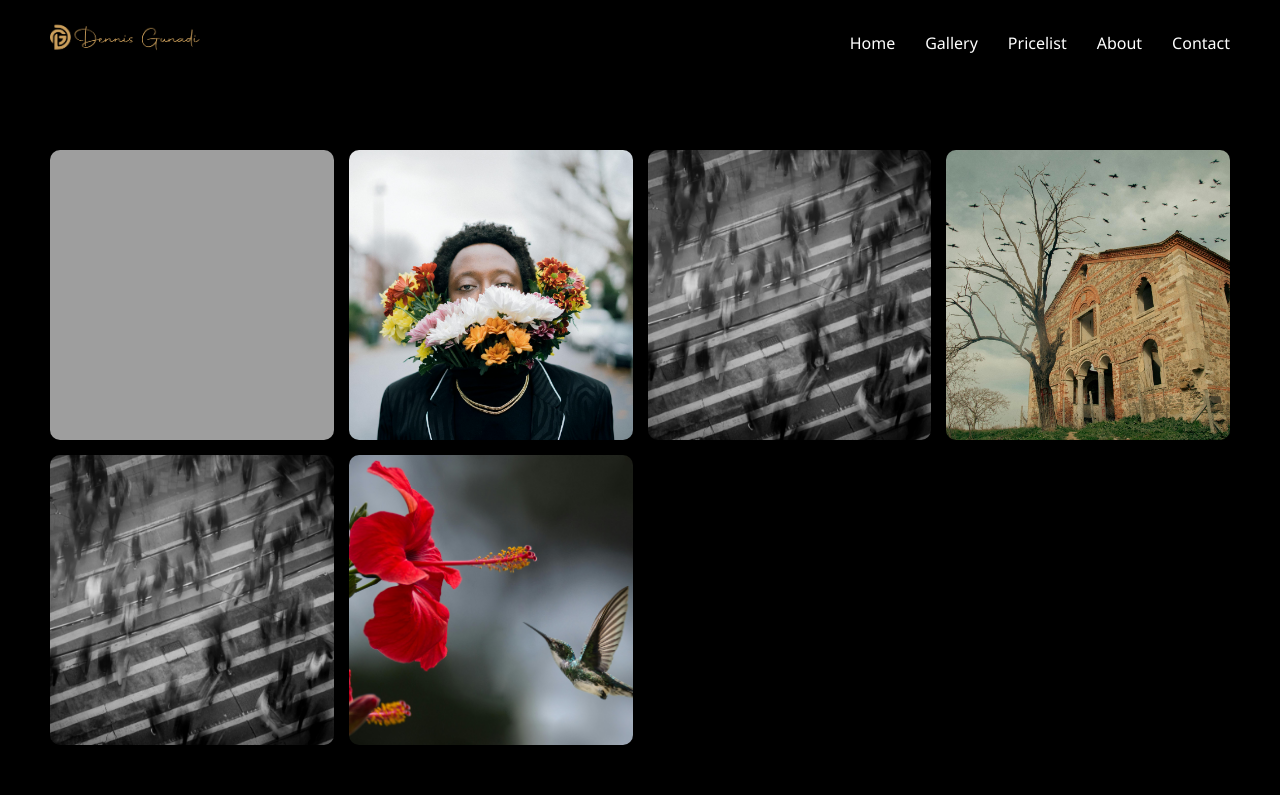
Repository: Diegoms0595/Diego-Final-project2
Page: gallery.html
These files come from the project's save history. The page is drawn as it stood at one moment and after the next save; the edit follows.
The browser window is 1280 px wide. The pictures show the whole page.
Pictures or frames that could not be fetched are drawn as grey boxes.

Above is the page before, as saved 2025-06-03 17:54:54.

### gallery.html
<!DOCTYPE html>
<html lang="en">

<head>
    <meta charset="UTF-8" />
    <meta name="viewport" content="width=device-width, initial-scale=1.0" />
    <title>DMSFP2</title>
    <link rel="stylesheet" href="gallery.css" />
</head>

<body>
    <header>
        <div class="logo">
            <a href="#">
                <img src="./Assets/Logo.png" alt="logohead">
            </a>
        </div>
        <nav>
            <ul class="nav-links">
                <li><a href="./index.html">Home</a></li>
                <li><a href="./gallery.html">Gallery</a></li>
                <li><a href="./pricelist.html">Pricelist</a></li>
                <li><a href="#">About</a></li>
                <li><a href="./Form.html">Contact</a></li>
            </ul>
        </nav>
    </header>
 <section class="gallery">
  <img src="./Assets/pexels-el-gringo-photo-116752370-29210886.jpg" alt="Foto 1">
  <img src="./Assets/pexels-ezekixl-6957184.jpg" alt="Foto 2">
  <img src="./Assets/pexels-mike-chai-285623-842339.jpg" alt="Foto 3">
  <img src="./Assets/pexels-merictuna-31146802.jpg" alt="Foto 4">
  <img src="./Assets/pexels-mike-chai-285623-842339.jpg" alt="Foto 5">
  <img src="./Assets/pexels-philippedonn-1133957.jpg" alt="Foto 6">
</section>









</body>

### gallery.css
 *{
  margin: 0;
  padding: 0;
  box-sizing: border-box;
}

body {
  font-family: 'Segoe UI', Tahoma, Geneva, Verdana, sans-serif;
  color: white;
  background-color: black;
}

/*  HEADER */
header {
  display: flex;
  justify-content: space-between;
  align-items: center;
  padding: 20px 50px;
  position: absolute;
  top: 0;
  width: 100%;
  z-index: 10;
}

.logo img {
  height: 40px;
}

/*  NAVIGATION */
.nav-links {
  list-style: none;
  display: flex;
  gap: 30px;
}

.nav-links li a {
  color: #fff;
  text-decoration: none;
  font-size: 16px;
  transition: color 0.3s ease;
}

.nav-links li a:hover {
  color: #f5c47c;
}


.hero {
  height: 100vh;
  background-image: url('./Assets/image\ 2.png');
  background-size: cover;
  background-position: center;
  display: flex;
  align-items: center;
  padding-left: 100px;
  position: relative;
}

.hero::before {
  content: '';
  position: absolute;
  top: 0;
  left: 0;
  width: 100%;
  height: 100%;
  background: rgba(0, 0, 0, 0.6);
  z-index: 1;
}

.hero-text {
  position: relative;
  z-index: 2;
  max-width: 600px;
  animation: fadeIn 2s ease-out forwards;
}

.hero-text h1 {
  font-size: 60px;
  color: #f5c47c;
  font-weight: bold;
  margin-bottom: 20px;
  line-height: 1.2;
  transition: transform 0.3s ease;
}

.hero-text h1:hover {
  transform: scale(1.05);
}

.hero-text p {
  font-size: 16px;
  line-height: 1.8;
  margin-bottom: 30px;
  color: #fff;
  animation: slideUp 2.5s ease forwards;
}


.book-now {
  display: inline-block;
  background-color: #f5c47c;
  color: black;
  padding: 12px 25px;
  border-radius: 8px;
  text-decoration: none;
  font-weight: bold;
  transition: background-color 0.3s ease, transform 0.3s ease;
}

.book-now:hover {
  background-color: #e2a14d;
  transform: scale(1.05);
}

@keyframes fadeIn {
  0% { opacity: 0; transform: translateY(-20px); }
  100% { opacity: 1; transform: translateY(0); }
}

@keyframes slideUp {
  0% { opacity: 0; transform: translateY(40px); }
  100% { opacity: 1; transform: translateY(0); }
}
.gallery {
  display: grid;
  grid-template-columns: repeat(auto-fit, minmax(250px, 1fr));
  gap: 15px;
  padding: 150px 50px 50px; /* ajusta según tu header */
}

.gallery img {
  width: 100%;
  height: 290px;
  object-fit: cover;
  border-radius: 10px;
  transition: transform 0.3s ease;
}

.gallery img:hover {
  transform: scale(1.03);
}

After the next save:
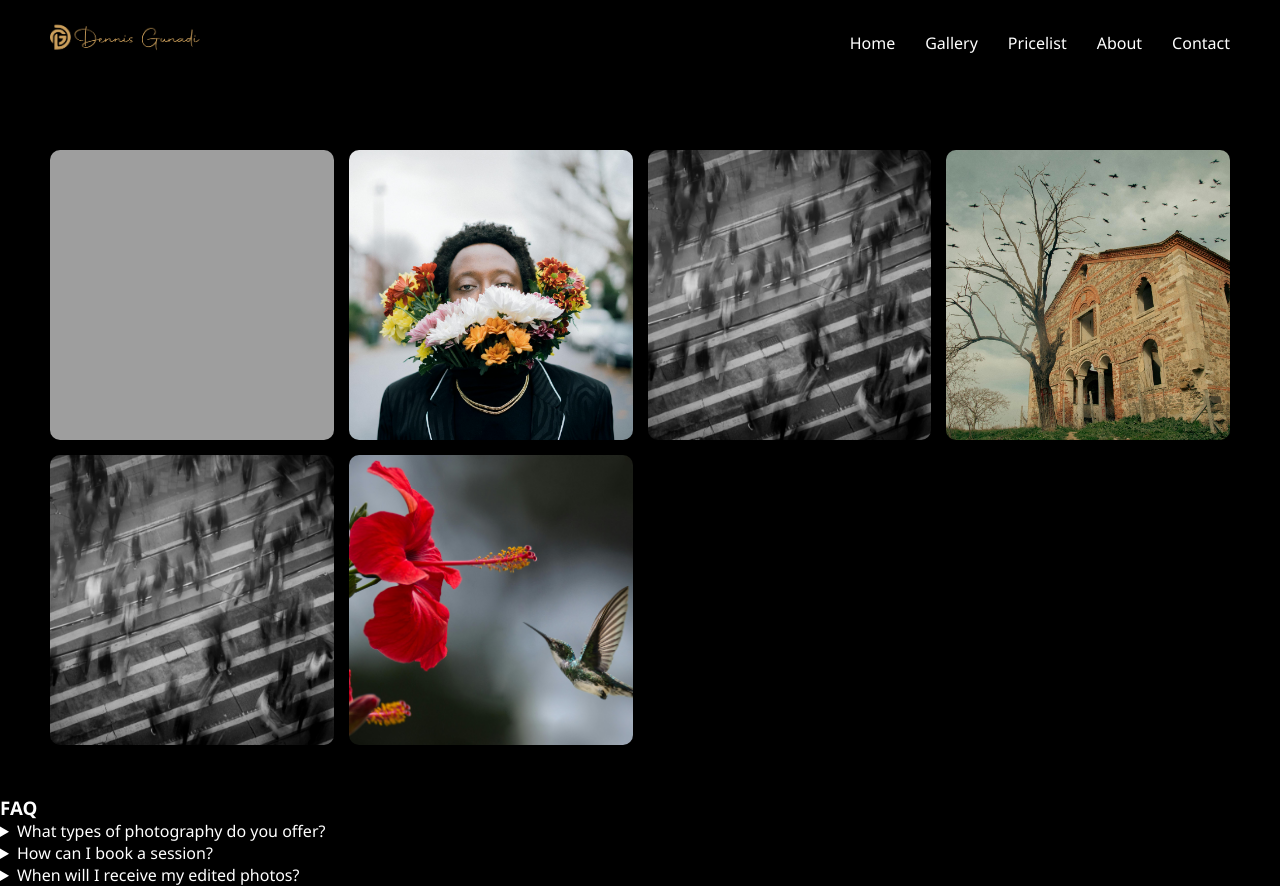
Saved 3 min 29 s later.
--- a/gallery.html
+++ b/gallery.html
@@ -33,7 +33,27 @@
   <img src="./Assets/pexels-mike-chai-285623-842339.jpg" alt="Foto 5">
   <img src="./Assets/pexels-philippedonn-1133957.jpg" alt="Foto 6">
 </section>
+  <footer>
+   <div class="FAQ">
+    <h3>FAQ</h3>
 
+    <details>
+      <summary>What types of photography do you offer?</summary>
+      <p>I specialize in portrait, event, and lifestyle photography. Whether it's a wedding, family shoot, or personal branding session — I’ve got you covered.</p>
+    </details>
+
+    <details>
+      <summary>How can I book a session?</summary>
+      <p>You can use the contact form on the website or email me directly. We'll discuss your needs, availability, and location before confirming a date.</p>
+    </details>
+
+    <details>
+      <summary>When will I receive my edited photos?</summary>
+      <p>Turnaround time is typically 7–10 business days. I’ll send you a link to a private gallery where you can download the high-resolution images.</p>
+    </details>
+
+
+   </footer>
 
 
 
